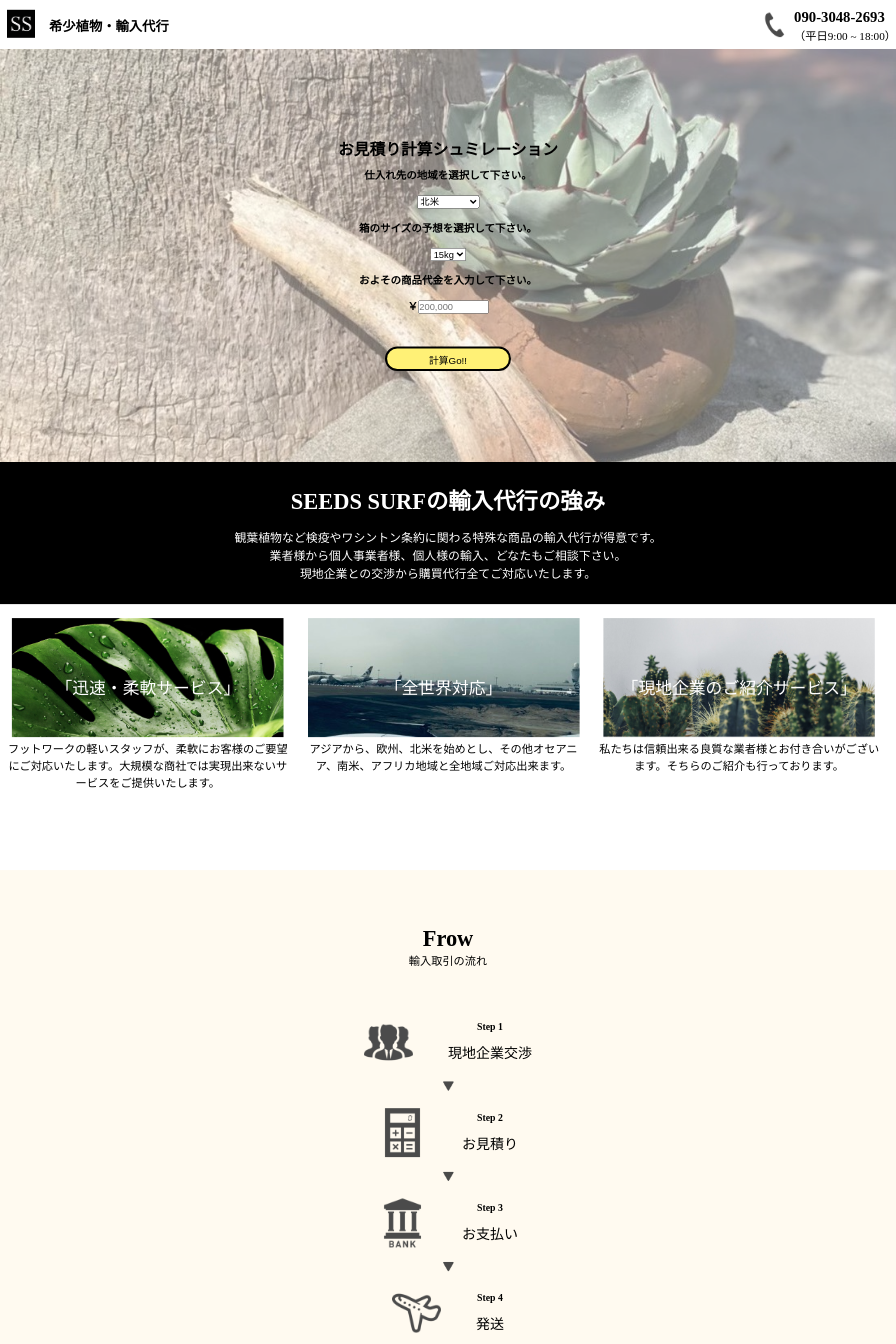
Repository: Seiya00002/seeds-surf-lp
Page: index.html
An editor plug-in stored every save of this project. The page is shown before and after the next save, followed by the edit.
The browser window is 1280 px wide. The pictures show the part of the page from y = 0 to 1920 px (the page is 4231 px tall), at 70% of full size.

Above is the page before, as saved 2023-07-16 09:32:14.

### index.html
<!DOCTYPE html>
<html lang="ja">
<head>
    <meta charset="UTF-8">
    <meta http-equiv="X-UA-Compatible" content="IE=edge">
    <meta name="viewport" content="width=device-width, initial-scale=1.0">
    <title>輸入代行SEEDS SURF</title>
    <link rel="stylesheet" href="css/style.css">
</head>
<body>
    <header>
        <div class="header_left">
            <img src="img/sslogo.jpg"
                alt="logo"
                width="40"
                height="40"
                class="logo">
            <h1>希少植物・輸入代行</h1>

        </div>
        <div class="header_right">
            <img src="img/tel_logo.png"
                alt="tel_logo"
                width="35"
                height="35"
                class="tel_logo">
            <div class="header_contact">
                <h2>090-3048-2693</h2>
                <p>（平日9:00 ~ 18:00）</p>
            </div>
        </div>
    </header>

    <main>
        <div class="top_wrapper">
            <div class="container">
                <div class="hero_message">
                    <div class="calculation-app">
                        <h2>お見積り計算シュミレーション</h2>

                            <p>仕入れ先の地域を選択して下さい。</p>
                            <form name="form1">
                                <select name="place">
                                    <option value="1.2">北米</option>
                                    <option value="1.2">ヨーロッパ</option>
                                    <option value="1">アジア</option>
                                </select>
                            </form>

                            <p>箱のサイズの予想を選択して下さい。</p>
                            <form name="form2">
                                <select name="box">
                                    <option value="18350">15kg</option>
                                    <option value="13350">10kg</option>
                                    <option value="8150">5kg</option>
                                </select>
                            </form>
                            <p>およその商品代金を入力して下さい。</p>
                            <label>￥</label><input
                            type="text"
                            id="price"
                            value=""
                            placeholder="200,000"
                            maxlength="7"
                            size="10"
                            ></label>

                            <br>
                            <br>
                            <div class="btn-box">
                                <button id="button">計算Go!!</button>
                            </div>
                    </div>
                </div>
            </div>
        </div>


        <!-- 見積り表 -->
    <div id="estimate_table" class="estimate_wrapper">
        <div class="container">
            <h3>予想お見積り表</h3>
            <table align="center" class="estimate">
                <tr>
                    <th>商品代金</th>
                    <td>¥<span id="span2"></span></td>
                </tr>
                <tr>
                    <th>検疫手数料</th>
                    <td>¥<span id="span3"></span></td>
                </tr>
                <tr>
                    <th>送料</th>
                    <td>¥<span id="span4"></span></td>
                </tr>
                <tr>
                    <th>弊社代行手数料</th>
                    <td>¥<span id="span5"></span></td>
                </tr>
                <tr>
                    <th>海外送金手数料</th>
                    <td>¥<span id="span6"></span></td>
                </tr>
                <tr>
                    <th>税金</th>
                    <td>¥<span id="span7"></span></td>
                </tr>
                <tr>
                  <th class="total">合計</th>
                  <th class="total">¥<span id="span1"></span></th>
              </tr>
            </table>
            <h4>詳しくは下記の「Cost」欄をご覧下さい。</h4>
        </div>
    </div>






        <div class="top_message">
            <div class="container">
                <div class="message">
                    <h1>SEEDS SURFの輸入代行の強み</h1>
                    <p>観葉植物など検疫やワシントン条約に関わる特殊な商品の輸入代行が得意です。<br>業者様から個人事業者様、個人様の輸入、どなたもご相談下さい。<br>現地企業との交渉から購買代行全てご対応いたします。</p>

                </div>
            </div>
        </div>
        <div class="project_wrapper">
            <div class="container">
                <div class="projects">
                    <div class="project">
                        <div class="project_icon">
                            <img src="img/project_imag1.jpg">
                            <h2>「迅速・柔軟サービス」</h2>
                        </div>
                        <p class="text_contents">フットワークの軽いスタッフが、柔軟にお客様のご要望にご対応いたします。大規模な商社では実現出来ないサービスをご提供いたします。</p>

                    </div>
                    <div class="project">
                        <div class="project_icon">
                            <img src="img/pro_airport.jpg">
                            <h2>「全世界対応」</h2>
                        </div>
                        <p class="text_contents">アジアから、欧州、北米を始めとし、その他オセアニア、南米、アフリカ地域と全地域ご対応出来ます。</p>

                    </div>
                    <div class="project">
                        <div class="project_icon">
                            <img src="img/project_img3.jpg">
                            <h2>「現地企業のご紹介サービス」</h2>
                        </div>
                        <p class="text_contents">私たちは信頼出来る良質な業者様とお付き合いがございます。そちらのご紹介も行っております。</p>
                    </div>
                        <div class="clear"></div>

                </div>
            </div>
        </div>
        <div class="service_wrapper">
            <div class="container">
                <div class="service_heading">
                    <h1>Frow</h1>
                    <p>輸入取引の流れ</p>
                </div>
                <div class="step">
                    <img src="img/person_img.png"
                    class="step_icon">
                    <div class="step_cont">
                        <h2>Step 1</h2>
                        <p>現地企業交渉</p>
                    </div>
                </div>
                <img src="img/down_img.png" class="step_icon2">

                <div class="step">
                    <img src="img/cal_img.png"
                    class="step_icon">
                    <div class="step_cont">
                        <h2>Step 2</h2>
                        <p>お見積り</p>
                    </div>
                </div>
                <img src="img/down_img.png" class="step_icon2">

                <div class="step">
                    <img src="img/bank_img.png"
                    class="step_icon">
                    <div class="step_cont">
                        <h2>Step 3</h2>
                        <p>お支払い</p>
                    </div>
                </div>
                <img src="img/down_img.png" class="step_icon2">
                <div class="step">
                    <img src="img/airp_imag.png"
                    class="step_icon">
                    <div class="step_cont">
                        <h2>Step 4</h2>
                        <p>発送</p>
                    </div>
                </div>
                <img src="img/down_img.png" class="step_icon2">
                <div class="step">
                    <img src="img/drivery_img.png"
                    class="step_icon">
                    <div class="step_cont">
                        <h2>Step 5</h2>
                        <p>お受取り</p>
                    </div>
                </div>
            </div>
        </div>

        <div class="slide_wrapper">
            <div id="slide" class="slideshow">
                <p class="disc">SEEDS SURF</p>
                <a class="arrow next" id="right" href="#"></a>
                <a class="arrow back" id="left" href="#"></a>
            </div>




        </div>
        <div class="cost_wrapper">
            <div class="container">
                <div class="cost_heading">
                    <h1>Cost</h1>
                    <p>料金について</p>
                </div>
                <div class="cost_cont">
                    <div class="list01">
                        <p>商品代金</p>
                    </div>
                    <div class="list01">
                        <p>検疫手数料</p>
                    </div>
                    <div class="list01">
                        <p>輸送費用</p>
                    </div>
                    <div class="list02">
                        <p>税金</p>
                    </div>
                    <div class="list02">
                        <p>振込手数料</p>
                    </div>
                    <div class="list02">
                        <p>輸入代行手数料</p>
                    </div>
                    <!-- <div class="clear"></div> -->
                </div>
                <div class="cost_message">
                    <h1>総額を確認してから、ご依頼をお決めいただけます。</h1>
                    <p>SEEDS SURFでの過去の取引よりお見積り例をご案内できますので、まずはお気軽にご相談下さい。</p>
                </div>
            </div>
        </div>
        <div class="contact_wrapper">
            <div class="container">
                <h1>ご不明な点はありますか？</h1>
                <p>些細なことでも構いません。まずはお問い合わせください。</p>
                <a href="https://seeds-surf.com/%e3%81%8a%e5%95%8f%e3%81%84%e5%90%88%e3%82%8f%e3%81%9b/" class="btn contact">お問い合わせはこちら</a>
                <h2>TEL : 090-3048-2693</h2>
                <p>平日10：00〜19：00<br>上記時間外はメールフォームよりお問い合わせ下さい。</p>
            </div>
        </div>
        <div class="company_wrapper">
            <div class="container">
                <h1>Company</h1>
                <p>会社概要</p>
                <table align="center" class="company">
                    <tr>
                        <th>会社名</th>
                        <td>SEEDS SURF（シーズサーフ）</td>
                    </tr>
                    <tr>
                        <th>所在地</th>
                        <td>〒156-0055 東京都世田谷区船橋2-5-7-211</td>
                    </tr>
                    <tr>
                        <th>電話番号</th>
                        <td>090-3048-2693</td>
                    </tr>
                    <tr>
                        <th>代表者</th>
                        <td>松本　聖矢</td>
                    </tr>
                    <tr>
                        <th>設立</th>
                        <td>2019年3月</td>
                    </tr>
                </table>
            </div>
        </div>


    </main>

    <footer>
        <div class="container">
                <img src="img/sslogo.jpg"
                    alt="logo"
                    width="40"
                    height="40"
                    class="logo">
                <h1>SEEDS SURF</h1>
                <p>〒156-0055 東京都世田谷区船橋2-5-7-211<br>090-3048-2693</p>
                <hr color="gray">
                <small>(c) SEEDS SURF All right reserved</small>
        </div>
    </footer>

    <script src="./app.js"></script>
</body>
</html>

### css/style.css
/* all */
*{
    box-sizing: border-box;
    margin: 0;
    padding: 0;
}

h1 {
    font-family: 'Times New Roman', Times, serif;

}

h2 ,h3 ,p {
    font-family: 'Hiragino Sans';

}
/* header */

header {
    height: 70px;
    display: flex;
    align-items: center;

}

.header_left {
    display: flex;
}

.header_right {
    display: flex;
    margin: 0 0 0 auto;
}

.logo {
    margin: 10px 10px;
}

.tel_logo {
    margin: 20px 10px;
}

header h1 {
    font-size: 19px;
    padding: 18px 10px;
}

header h2 {
    font-size: 21px;
    padding: 15px 10px 0 0;
}

header p {
    padding-bottom: 10px;
}
.container {
    text-align: center;
    width: 100%;
}

/* main */

/* top */
.top_wrapper {
    background-image: url(../img/cream-spike.jpg);
    color: white;
    background-size: cover;
    width: 100%;
    height: auto;
}

.hero_message {
    font-size: 15px;
    color: black;
    height: 590px;
    min-width:100%;
    font-weight: bold;
    display: flex;
    justify-content: center;
    align-items: center;
    line-height: 2.5em;
    background: rgb(255, 255, 255,0.4);
}

.top_message {
    background-color: black;
    color: white;
    padding: 30px 0;
}

.top_message p {
    padding-top: 20px;
    font-size: 17px;
    line-height: 1.6rem;
}

/* project_wrapper */
.project_wrapper {
    margin-bottom: 80px;
}

.project {
    float: left;
    width: 33%;
    padding: 20px 10px 20px 10px;
    height: 300px;

}

.project_icon {
    position: relative;

}

.project_icon h2 {
    position: absolute;
    top: 80px;
    width: 100%;
    color: white;
    font-weight: normal;

}


@media (max-width: 1000px) {
    .project {
        width: 50%;
    }
}

@media (max-width: 670px) {
    .project {
        width: 100%;
    }
}

.clear {
    clear: left;
}

/* service_wrapper */
.service_wrapper {
    background-color: #fffaf0;
    padding: 80px 0;
}

.service_heading {
padding-bottom: 50px;
}

.step {
    display: flex;
    justify-content: center;
    align-items: center;
    padding: 20px 0;

}

.step_cont {
    padding-left: 50px;
}

.step_icon {
    width: 70px;
    height: 70px;

}

.step_icon2 {
    width: 15px;
    height: 15px;

}

.step h2 {
    font-size: 14px;
}

.step p {
    font-size: 20px;
    padding-top: 13px;
}

/* cost_wrapper */
.cost_wrapper {
    padding: 80px 0;
}

.cost_cont {
    padding-top: 50px;
    width: 650px;
    margin: 0 auto;
    flex-wrap: wrap;
    display: flex;

}


.list01 {
    background-color: black;
    width: 180px;
    height: 50px;
    color: white;
    margin: 20px 15px;
    justify-content: center;
    padding-top: 12px;

}

.list02 {
    background-color: black;
    width: 180px;
    height: 50px;
    color: white;
    margin: 20px 15px;
    justify-content: center;
    padding-top: 12px;


}

@media (max-width: 670px) {
    .cost_cont h2 {
        width: 50%;
    }
}

/* contact_wrapper */
.contact_wrapper {
    background-image: url(../img/sky&office_img.jpeg);
    padding: 80px 0;
    background-size: cover;
    text-shadow: 6px 6px 10px white, -6px -6px 10px white;
    font-weight: 530;
}


.contact_wrapper p {
    padding:8px 0 35px 0;
}

.btn {
    width: 180px;
    height: 35px;
    padding: 13px;
    font-size: 14px;
    color: black;
    background-color:#fff176;
    border: black solid;
    border-radius: 24px;
    user-select: none;
    cursor: pointer;
    text-decoration: none;
}

.btn:hover {
    opacity: .7;
}

.contact_wrapper h2 {
    padding-top: 35px;
}

/* company_wrapper */
.company_wrapper {
    padding: 80px 0;
    background-color: #fffaf0;

}

.company_wrapper p {
    padding-bottom: 20px;
}

table.company {
    border-collapse: collapse;
    width: 600px;
    background-color: white;
    margin: auto;
}

th, td {
    border: solid 1px #333;
    padding: 20px;
}

.company th,td {
    text-align: left;
}


/* footer */

footer {
    background-color: black;
    color: gray;
    padding-bottom: 10px;

}

footer h1 {
    font-size: 17px;
}

footer p {
    font-size: 12px;
    padding-bottom: 10px;
}
small {
    font-size: 7px;

}


/* slideshow 追加 */
.slide_wrapper{
    max-width: 100%;
    height: 400px;
    margin: auto;

}
/*画像配置*/
.slideshow{
    max-width: 100%;
    height: 100%;
    background-image: url(../img/import-img1.jpg);
    background-repeat: no-repeat;
    background-size: cover;
    background-position: 0% 50%;/*左 中央のよせ*/
}
/*文字*/
.disc{
    margin: auto;
    text-align: center;
    font-size: 3em;
    color: #ffffff;
    font-weight: 800;
    padding-top:5%;
}
/*>*/
.next{
    float: right;
    top: 0px;
    right: 50px;
}
/*<*/
.back{
    float: left;
    bottom: 0px;
    left: 30px;
}
/*矢印のデザイン*/
.arrow{
    position: relative;
    display: inline-block;
    padding: 0 0 0 16px;
    color: #000;
    vertical-align: middle;
    text-decoration: none;
    font-size: 15px;
}
.arrow::before,
.arrow::after{
    position: absolute;
    top: 0;
    bottom: 0;
    left: 0;
    margin: auto;
    content: "";
    vertical-align: middle;
}

.next::before{
    left: 0px;
    width: 30px;
    height: 30px;
    border-top: 5px solid rgb(255, 255, 255);
    border-right: 5px solid rgb(255, 255, 255);
    -webkit-transform: rotate(45deg);
    transform: rotate(45deg);
}
.back::before{
    left: 0px;
    width: 30px;
    height: 30px;
    border-bottom: 5px solid rgb(255, 255, 255);
    border-left: 5px solid rgb(255, 255, 255);
    -webkit-transform: rotate(45deg);
    transform: rotate(45deg);
}
/* CSSアニメーションの指定 */
.slideshow{
    transition: background-image 1s ease-in;
}

/* 計算シュミレーション追加 */
.btn-box button {
    width: 180px;
    height: 35px;
    padding: 6px;
    font-size: 14px;
    color: black;
    background-color:#fff176;
    border: black solid;
    border-radius: 24px;
    user-select: none;
    cursor: pointer;
  }

  .btn-box button:hover {
    opacity: .7;
  }


/* 見積り表追加 */
.estimate_wrapper {
    display: none;
    background-color: #fffaf0;
    padding: 40px 0;
}
.estimate_wrapper h3 {
    padding-bottom: 20px;
}
.estimate_wrapper h4 {
    padding-top: 20px;
}

table.estimate {
    border-collapse: collapse;
    width: 450px;
    background-color: white;
    margin: auto;
}

.estimate th{
    padding: 15px 20px;
    text-align: center;
}

.estimate td{
    text-align: center;
}

th.total {
    background: rgb(224, 224, 224);
}

.estimate_wrapper.appear {
    display: block;
    animation: .5s fadeIn;
  }

  @keyframes fadeIn {
    0% {
      opacity: 0;
      transform: translateY(-10px);
    }
    100% {
      opacity: 1;
      transform: none;
    }
  }




@media screen and (max-width:768px) {
  .slide-pic{
    height: 250px;
  }
    .disc{
        padding-top:5%;
    }
    /*>*/
    .next{
        top: 30px;
    }
    /*<*/
    .back{
        top: 30px;
    }
}

### app.js
window.onload =
function (){

    let images = [
        'url(./img/import-img1.jpg)',
        'url(./img/import-img2.jpg)',
        'url(./img/import-img3.jpg)'
    ]

    let target = document.querySelector('#slide');
    let right = document.querySelector('#right');
    let left = document.querySelector('#left');

    // 画像カウンター表示
    let count = 0;

    function change(){
        target.style.backgroundImage = images[count];
        if( count == 2){
            count = 0;
        } else {
            count++;
        }
    }

    function goNext() {
        event.preventDefault();
        change();
    }

    function goBack() {
        event.preventDefault();
        if( count == 0){
            count = 2;
        } else {
            count--;
        } change();
    }

    right.addEventListener( 'click', goNext, false);
    left.addEventListener( 'click', goBack, false);


setInterval(change, 3000);

};

// 計算シュミレーションapp

let button = document.getElementById("button");
button.onclick = clickBtn1;

function clickBtn1(){

    const place = document.form1.place;
    const box = document.form2.box;
    const price = document.getElementById('price');

    // 値(数値)を取得
    const num = place.selectedIndex;
    const boxnum = box.selectedIndex;

    // 値(数値)から値(value値)を取得
    let region = place.options[num].value;
    let boxPrice = box.options[boxnum].value;
    let plantsPriceString = price.value;

    let plantsPrice = parseInt(plantsPriceString, 10); // plantsPriceStringを数値に変換
    let boxPriceValue = parseInt(boxPrice, 10); // plantsPriceStringを数値に変換

    const phyto = 10000;
    let argent = plantsPrice * 0.2;
    let sendingMoneyNum = (plantsPrice + boxPriceValue) * 0.0073;
    let sendingMoney = Math.round(sendingMoneyNum);
    let tax = plantsPrice * 0.07;

    let taxValue = parseInt(tax, 10);
    let sendingMoneyNumValue = parseInt(sendingMoney, 10);

    let estimateNum = ( region * boxPrice) + (plantsPrice *0.2) + phyto + plantsPrice + sendingMoneyNumValue + taxValue;
    let plantsValue = plantsPrice.toLocaleString();
    let phytoFee = phyto.toLocaleString();
    let boxFee = boxPriceValue.toLocaleString();
    let argentFee = argent.toLocaleString();
    let sendingMoneyFee = sendingMoney.toLocaleString();
    let taxFee = tax.toLocaleString();
    let estimate = estimateNum.toLocaleString();

    document.getElementById("span1").textContent = estimate;
    document.getElementById("span2").textContent = plantsValue;
    document.getElementById("span3").textContent = phytoFee;
    document.getElementById("span4").textContent = boxFee;
    document.getElementById("span5").textContent = argentFee;
    document.getElementById("span6").textContent = sendingMoneyFee;
    document.getElementById("span7").textContent = taxFee;

  }

// 見積り表示切り替え
// const btn1 = document.getElementById('button');
// const estimateTable = document.getElementById('estimate_table');

// btn1.addEventListener('click', () => {
//     estimateTable.classList.toggle('estimate_wrapper');
// }, false);

const btn = document.getElementById('button')
btn.addEventListener('click', () => {
    const estimate_table = document.getElementById('estimate_table');
    estimate_table.classList.toggle('appear');

    if (btn.textContent == "計算Go!!") {
      btn.textContent = "閉じる";
    } else {
      btn.textContent = "計算Go!!";
    }
  });

After the next save:
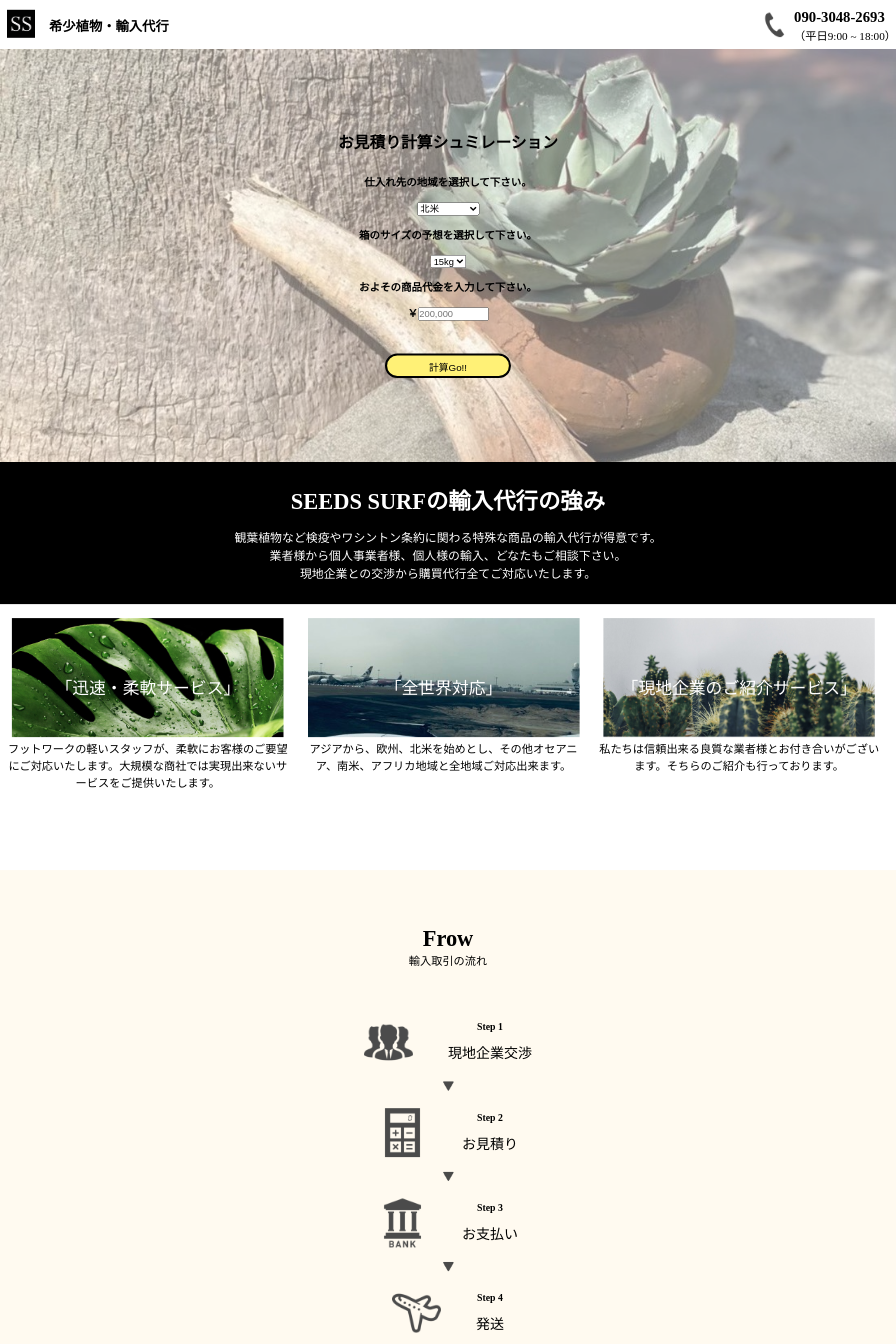
Saved 32 s later.
--- a/css/style.css
+++ b/css/style.css
@@ -80,6 +80,9 @@ header p {
     align-items: center;
     line-height: 2.5em;
     background: rgb(255, 255, 255,0.4);
+}
+.hero_message h2 {
+    padding-bottom: 20px;
 }
 
 .top_message {
